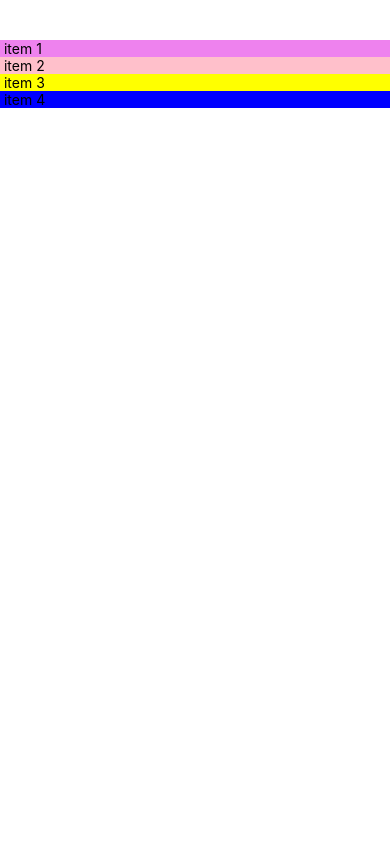
Repository: Ducbii4202/React-Native
Screen: /
An editor plug-in stored every save of this project. The screen is shown before and after the next save, followed by the edit.
The app was drawn by React Native's web renderer in a window 390 px wide. The project was rebuilt for these pictures with package versions that can differ from the ones it lists, and the page was loaded fresh each time.

Above is the screen before, as saved 2024-09-17 20:34:52.

After the next save:
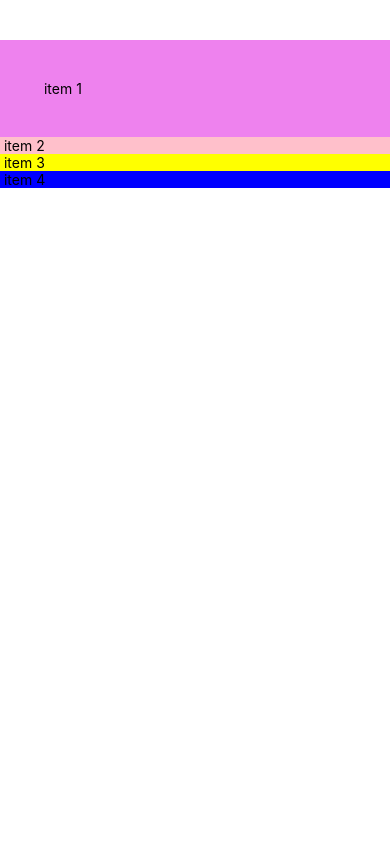
Saved 3 min 18 s later.
--- a/components/flexbox.tsx
+++ b/components/flexbox.tsx
@@ -6,6 +6,7 @@ const styles = StyleSheet.create({
     },
     item1: {
         backgroundColor: "violet",
+        padding: 40,
     },
     item2: {
         backgroundColor: "pink",
@@ -18,7 +19,7 @@ const styles = StyleSheet.create({
     },
 })
 
-const flexbox = () => {
+const FlexBox = () => {
     return (
         <View style={styles.container}>
             <View style={styles.item1}>
@@ -33,10 +34,8 @@ const flexbox = () => {
             <View style={styles.item4}>
                 <Text> item 4</Text>
             </View>
-
-
         </View>
     );
 };
 
-export default flexbox;
+export default FlexBox;
